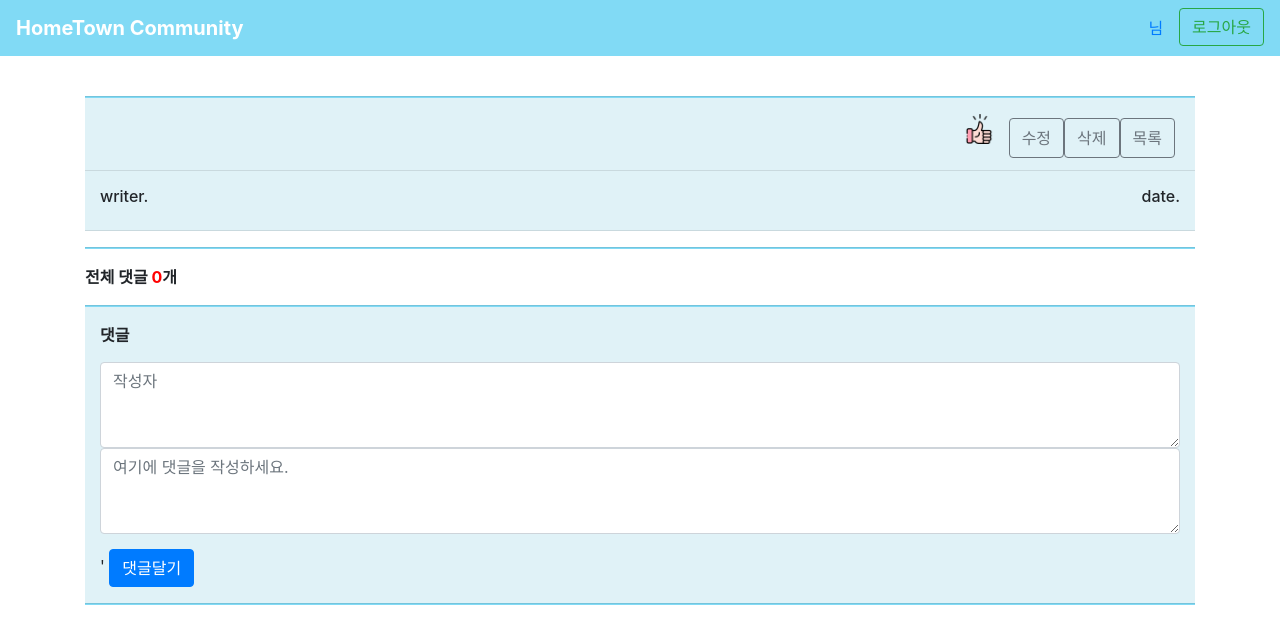
Repository: jisooo428/HomeCommunity
Page: http://localhost/hometownC/WEB-INF/views/hometownCviews/getPostView.jsp
These files come from the project's save history. The page is drawn as it stood at one moment and after the next save; the edit follows.
The browser window is 1280 px wide. The pictures show the whole page.
The page is served by Tomcat 9. Nobody is signed in. The template is opened directly, without the code that normally fills it, so the values that code supplies are empty.

Above is the page before, as saved 2024-04-16 13:34:15.

After the next save:
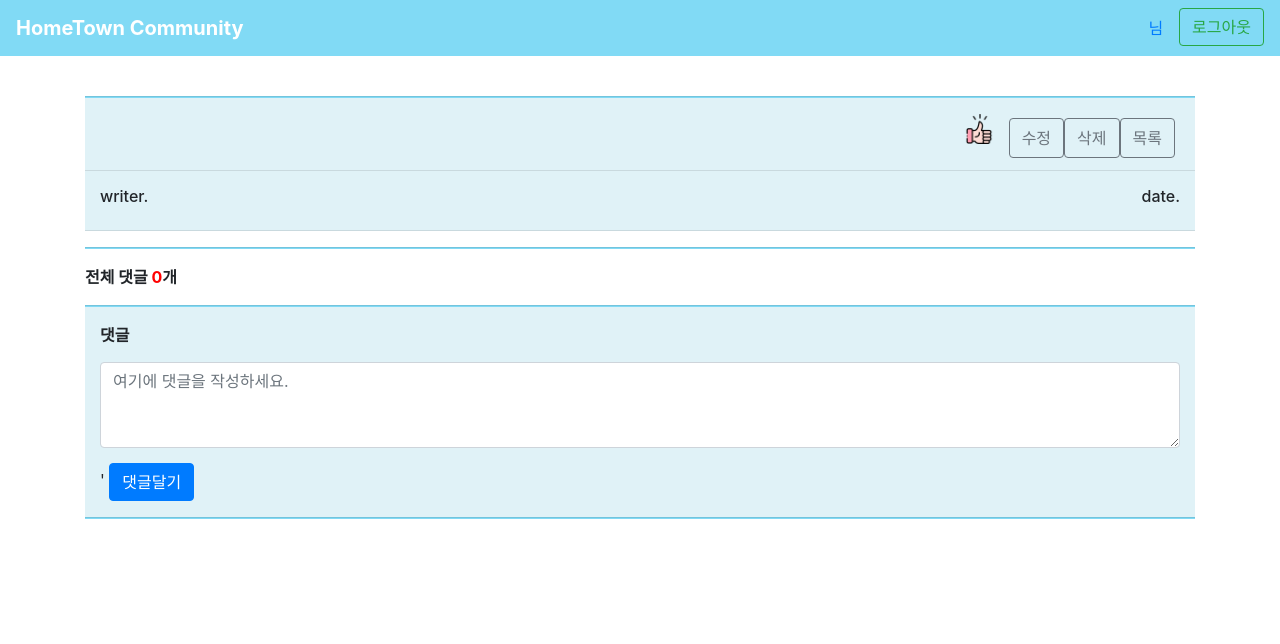
Saved 61 s later.
--- a/hometownC/src/main/webapp/WEB-INF/views/hometownCviews/getPostView.jsp
+++ b/hometownC/src/main/webapp/WEB-INF/views/hometownCviews/getPostView.jsp
@@ -118,8 +118,6 @@
 					<div style='padding-bottom: 15px'>
 						<strong>댓글</strong>
 					</div>
-					<textarea class="form-control" id=""writer" name="writer" rows="3"
-						placeholder="작성자"></textarea>
 					<textarea class="form-control" id="comment" name="comment" rows="3"
 						placeholder="여기에 댓글을 작성하세요."></textarea>
 					<div style='padding-top: 15px'>

After the 2 saves that followed:
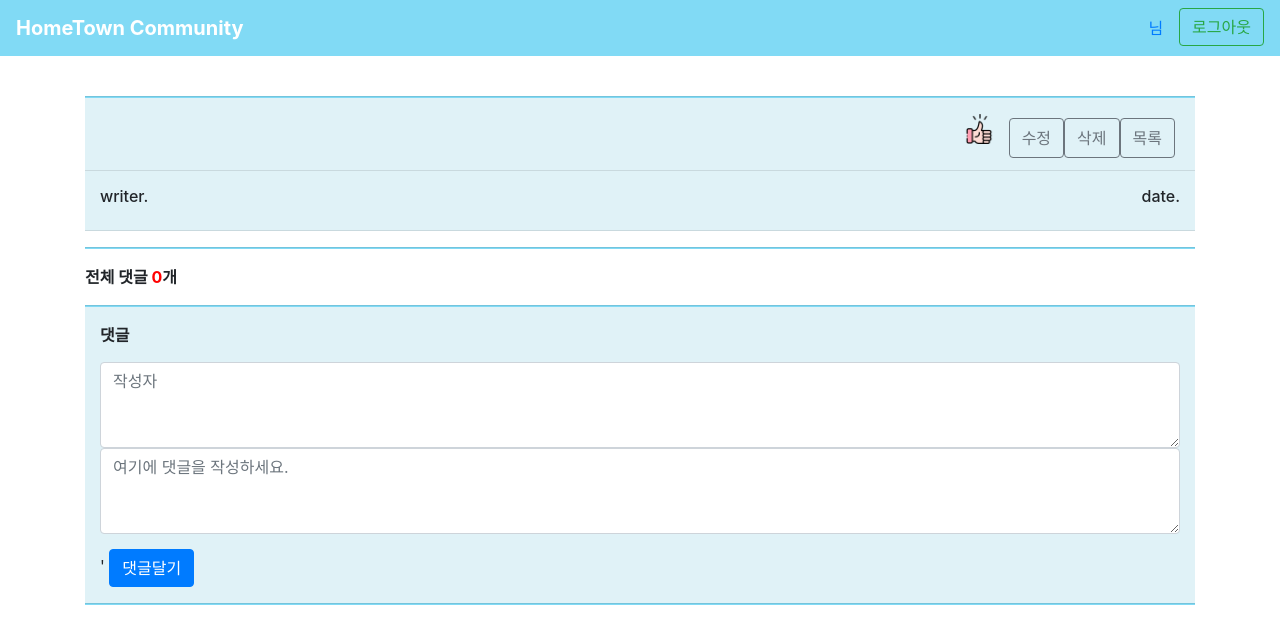
The 2 saves are shown as one change because 1 left the picture as it was.
The last was saved 71 s later.
--- a/hometownC/src/main/webapp/WEB-INF/views/hometownCviews/getPostView.jsp
+++ b/hometownC/src/main/webapp/WEB-INF/views/hometownCviews/getPostView.jsp
@@ -118,6 +118,8 @@
 					<div style='padding-bottom: 15px'>
 						<strong>댓글</strong>
 					</div>
+					<textarea class="form-control" id=""writer" name="writer" rows="3"
+						placeholder="작성자"></textarea>
 					<textarea class="form-control" id="comment" name="comment" rows="3"
 						placeholder="여기에 댓글을 작성하세요."></textarea>
 					<div style='padding-top: 15px'>
